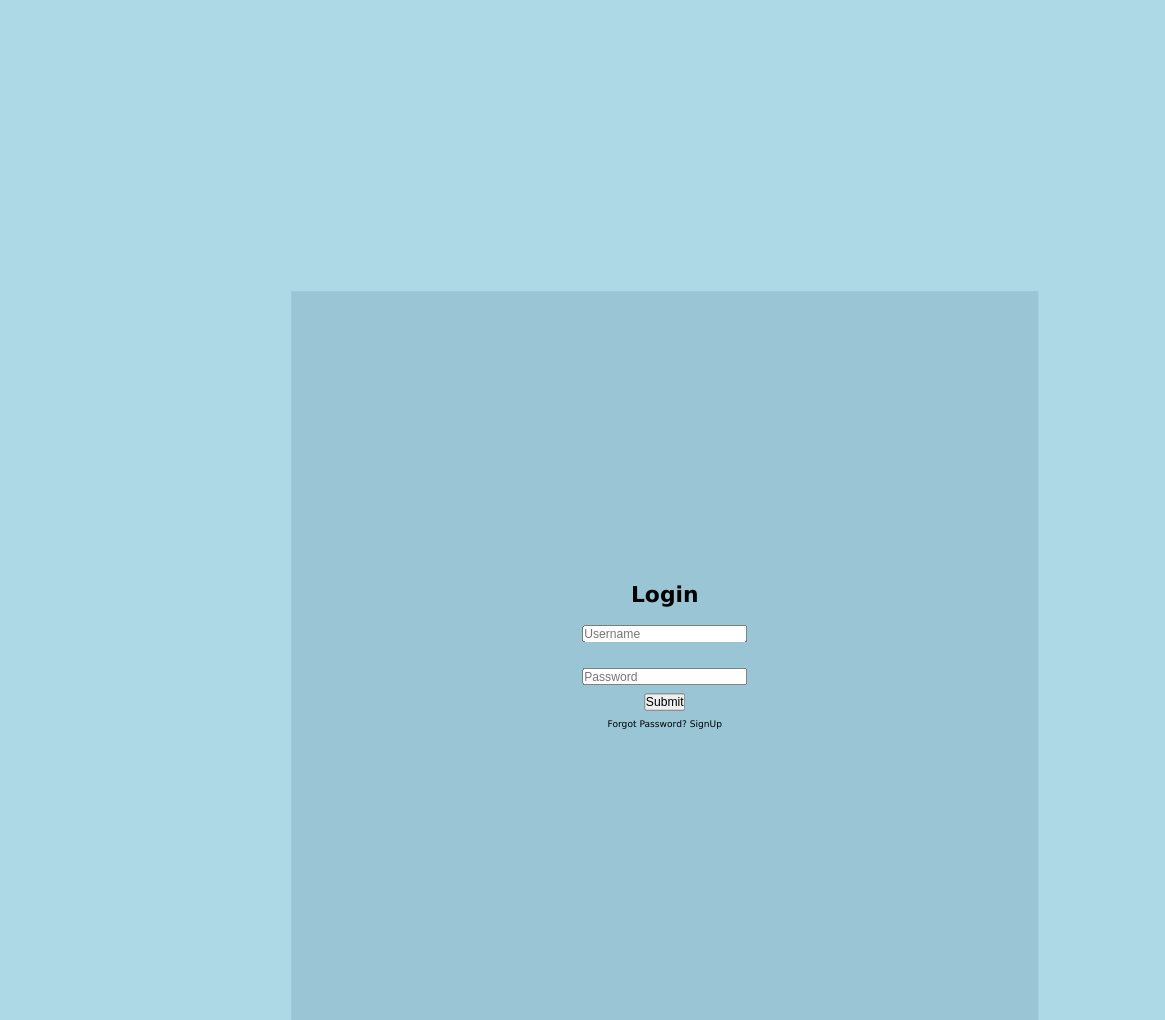
Repository: busra-kayaa/LoginPage
Page: login.html
These files come from the project's save history. The page is drawn as it stood at one moment and after the next save; the edit follows.
The browser window is 1280 px wide. The pictures show the whole page, at 91% of full size.

Above is the page before, as saved 2023-12-28 20:12:53.

After the next save:
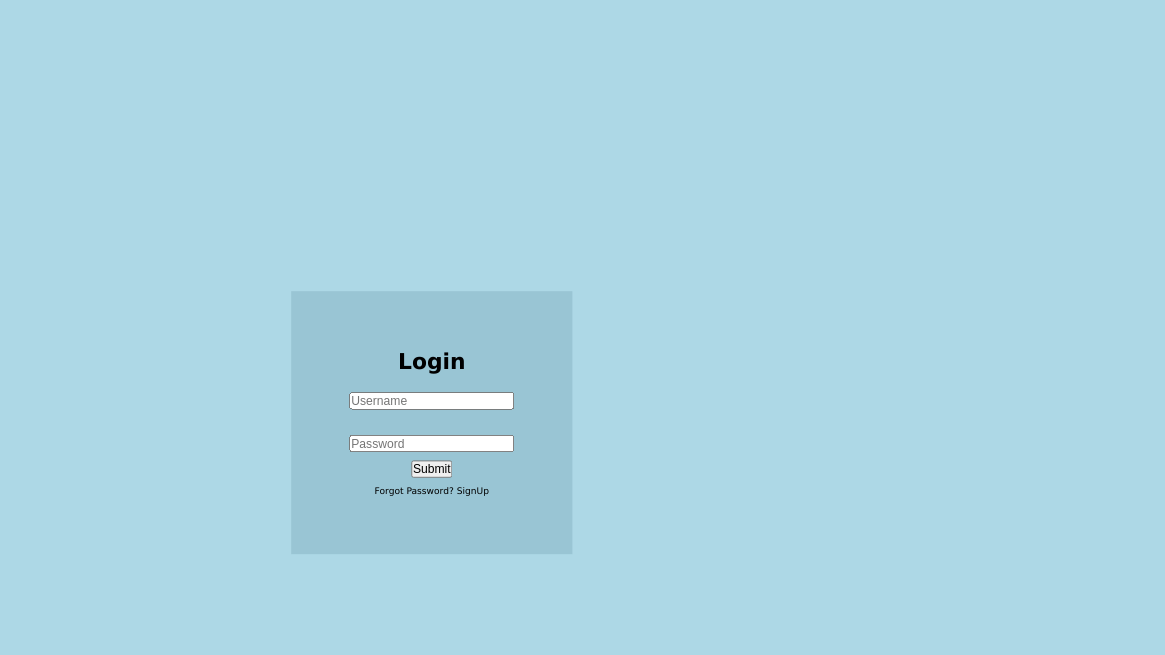
Saved 4 s later.
--- a/style.css
+++ b/style.css
@@ -19,7 +19,7 @@ body {
     justify-content: center;
     align-items: center;
     text-align: center;
-    padding: 25%;
+    padding: 5%;
     margin-top: 25%;
     margin-left: 25%;
 }
